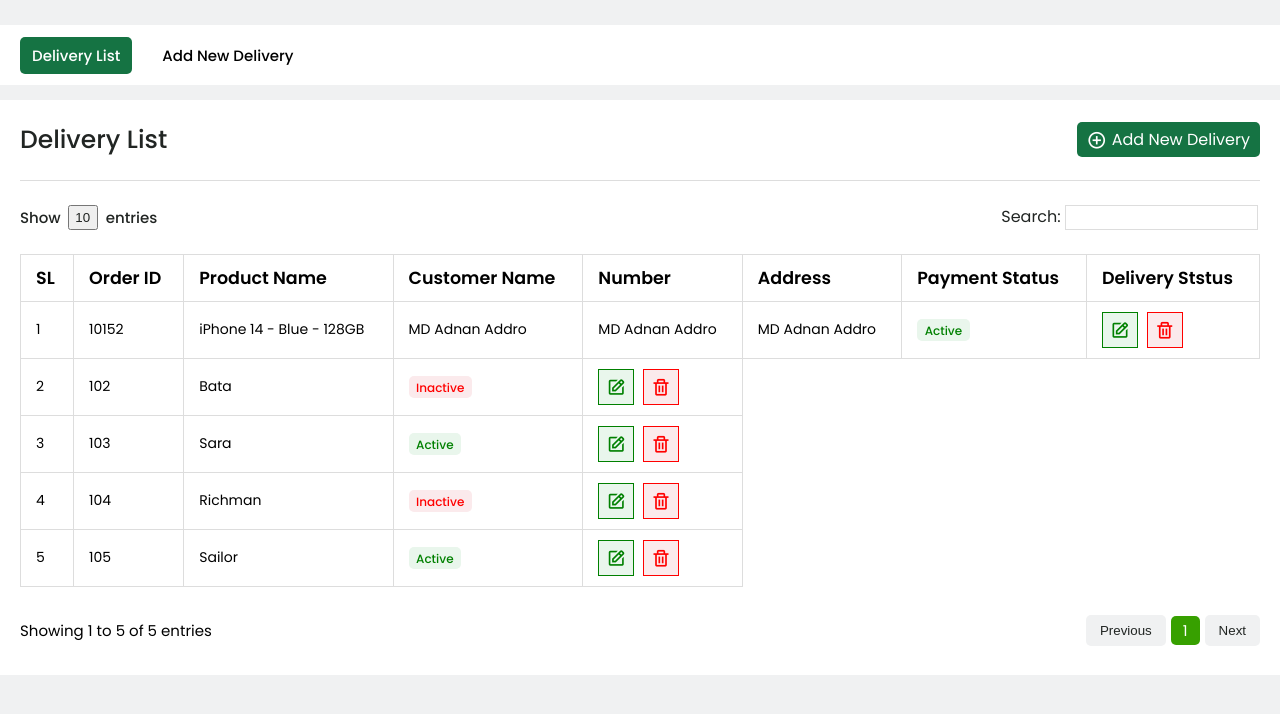
Repository: codebyaddro/delivery-page
Page: delivery.html
The author's editor kept a copy of each file at every save. The page is drawn from the files as they stood at one save, then again after a run of saves.
The browser window is 1280 px wide. The pictures show the whole page.

Above is the page before, as saved 2025-02-27 13:55:27.

### delivery.html
<!DOCTYPE html>
<html lang="en">
<head>
    <meta charset="UTF-8">
    <meta name="viewport" content="width=device-width, initial-scale=1.0">
    <link rel="stylesheet" href="/delivery.css">
    <link href='https://unpkg.com/boxicons@2.1.4/css/boxicons.min.css' rel='stylesheet'>
    <title>Document</title>
</head>
<body>
    <div class="brand-container">
        <div class="top-menus">
            <ul>
                <li><a href="/index.html" class="active-menu">Delivery List</a></li>
                <li><a href="/inner-page/html/anb.html" class="light-up">Add New Delivery</a></li>
            </ul>
        </div>
        <div class="list-container">
            <div class="heading-add-new-btn">
                <div class="heading">
                    <h2>Delivery List</h2>
                </div>
                <div class="add-new-btn">
                    <i class='add-icon bx bx-plus-circle'></i>
                    <a href="/inner-page/html/anb.html">Add New Delivery</a>
                </div>
            </div>
            <div class="list-short-dpdwn-search-box">
                <div class="list-short-dpdwn">
                    <h3>Show</h3>
                    <select name="10" id="">
                        <option value="">10</option>
                        <option value="">20</option>
                        <option value="">30</option>
                        <option value="">All</option>
                    </select>
                    <h3>entries</h3>
                </div>
                <div class="search-box">
                    <legend>Search: <input type="text"></legend>
                </div>
            </div>
            <div class="table-list">
                <table>
                    <thead>
                        <tr>
                            <th title="SL">SL</th>
                            <th title="Code">Order ID</th>
                            <th title="Code">Product Name</th>
                            <th title="Code">Customer Name</th>
                            <th title="Category Name">Number</th>
                            <th title="Category Name">Address</th>
                            <th title="Status">Payment Status</th>
                            <th title="Action">Delivery Ststus</th>
                        </tr>
                    </thead>
                    <tbody>
                        <tr>
                            <td>1</td>
                            <td>10152</td>
                            <td>iPhone 14 - Blue - 128GB</td>
                            <td>MD Adnan Addro</td>
                            <td>MD Adnan Addro</td>
                            <td>MD Adnan Addro</td>
                            <td><span class="active">Active</span></td>
                            <td>
                                <a title="Edit" href="#"><i class='edit-icon bx bx-edit'></i></a>
                                <a title="Delete" href="#"><i class='delete-icon bx bx-trash'></i></a>
                            </td>
                        </tr>
                        <tr>
                            <td>2</td>
                            <td>102</td>
                            <td>Bata</td>
                            <td><span class="inactive">Inactive</span></td>
                            <td>
                                <a title="Edit" href="#"><i class='edit-icon bx bx-edit'></i></a>
                                <a title="Delete" href="#"><i class='delete-icon bx bx-trash'></i></a>
                            </td>
                        </tr>
                        <tr>
                            <td>3</td>
                            <td>103</td>
                            <td>Sara</td>
                            <td><span class="active">Active</span></td>
                            <td>
                                <a title="Edit" href="#"><i class='edit-icon bx bx-edit'></i></a>
                                <a title="Delete" href="#"><i class='delete-icon bx bx-trash'></i></a>
                            </td>
                        </tr>
                        <tr>
                            <td>4</td>
                            <td>104</td>
                            <td>Richman</td>
                            <td><span class="inactive">Inactive</span></td>
                            <td>
                                <a title="Edit" href="#"><i class='edit-icon bx bx-edit'></i></a>
                                <a title="Delete" href="#"><i class='delete-icon bx bx-trash'></i></a>
                            </td>
                        </tr>
                        <tr>
                            <td>5</td>
                            <td>105</td>
                            <td>Sailor</td>
                            <td><span class="active">Active</span></td>
                            <td>
                                <a title="Edit" href="#"><i class='edit-icon bx bx-edit'></i></a>
                                <a title="Delete" href="#"><i class='delete-icon bx bx-trash'></i></a>
                            </td>
                        </tr>
                    </tbody>
                </table>
            </div>
            <div class="entries-details-list-page-btn">
                <div class="entries-details">
                    Showing <span>1</span> to <span>5</span> of <span>5</span> entries
                </div>
                <div class="list-page-btn">
                    <button>Previous</button>
                    <h4><span>1</span></h4>
                    <button>Next</button>
                </div>
            </div>
        </div>
    </div>
</body>
</html>

### delivery.css
/* -- fonts -- */
@import url('https://fonts.googleapis.com/css2?family=Poppins:ital,wght@0,100;0,200;0,300;0,400;0,500;0,600;0,700;0,800;0,900;1,100;1,200;1,300;1,400;1,500;1,600;1,700;1,800;1,900&family=Raleway:ital,wght@0,100..900;1,100..900&family=Roboto:ital,wght@0,100;0,300;0,400;0,500;0,700;0,900;1,100;1,300;1,400;1,500;1,700;1,900&family=VT323&display=swap');

/* -- root -- */

:root {
    --gray-white: #F0F1F2;
    --white: #FFFFFF;
    --black: #000000;
    --gray-black: #DDDDDD;
    --light-black: #212523;
    --light-black-op: #21252350;
    --main-green: #157343;
    --main-light: #37A000;
    --light-orange: #FD7E14;
    --green: #008000;
    --light-green: #e9f6ec;
    --red: #FF0000;
    --light-red: #fbeaec;
}

/* ---------- */

* {
    box-sizing: border-box;
}

body {
    margin: 0;
    padding: 0;
    font-family: "Poppins", serif;
    background-color: var(--gray-white);
}

::selection {
    color: var(--white);
    background-color: var(--main-light);
}

/* -- category container style -- */

.brand-container {
    width: 100%;
    margin-top: 25px;
}

/* -- top menus style--  */

.top-menus {
    background-color: var(--white);
    display: flex;
    justify-content: left;
    align-items: center;
    height: 60px;
    margin-bottom: 15px;
}

.top-menus ul {
    list-style-type: none;
    display: flex;
    gap: 30px;
    margin-left: -20px;
}

.top-menus ul li a {
    text-decoration: none;
    color: var(--black);
    font-size: 15px;
    font-weight: 500;
}

/* -- active menu style -- */

.active-menu {
    color: var(--white)!important;
    background-color: var(--main-green);
    padding: 8px 12px;
    border-radius: 5px;
}

/* -- menu hover style -- */

.light-up:hover {
    color: var(--light-orange);
}

/* -- list container style -- */

.list-container {
    background-color: var(--white);
    padding: 0px 20px;
}

/* -- heading-add-new-btn style -- */

.heading-add-new-btn {
    display: flex;
    justify-content: space-between;
    align-items: center;
    border-bottom: 1px solid var(--gray-black) ;
}

.heading h2 {
    color: var(--light-black);
    font-size: 25px;
    font-weight: 500;
}

/* -- add-new-btn style -- */

.add-new-btn {
    display: flex;
    gap: 5px;
    justify-content: baseline;
    align-items: center;
}

.add-new-btn {
    background-color: var(--main-green);
    padding: 5px 10px;
    border-radius: 5px;
}

.add-new-btn a {
    color: var(--white);
    text-decoration: none;
}

.add-icon {
    color: var(--white);
    font-size: 20px;
}

/* -- list-short-dpdwn-search-box style -- */

.list-short-dpdwn-search-box {
    display: flex;
    justify-content: space-between;
    align-items: center;
    padding: 10px 0px;
}

/* -- list-short-dpdwn style -- */

.list-short-dpdwn {
    display: flex;
    gap: 7.5px;
    align-items: center;
}

.list-short-dpdwn h3 {
    color: var(--light-black);
    font-size: 15px;
    font-weight: 500;
}

.list-short-dpdwn select {
    color: var(--light-black);
    appearance: none;
    height: 25px;
    width: 30px;
    padding-left: 6px;
    outline: none;
    border-radius: 2.5px;
}

/* -- search-box style -- */

.search-box {
    display: flex;
    align-items: center;
}

.search-box legend {
    color: var(--light-black);
}

.search-box input {
    outline: none;
    height: 25px;
    width: 193px;
    border: 1px solid var(--gray-black);
}

/* -- table-list style --*/

table {
    border-collapse: collapse;
    width: 100%;
}

/* -- thead style -- */

thead {
    cursor: pointer;
}

th, td {
    border: 1px solid var(--gray-black);
    padding: 10px 15px;
}

thead tr th {
    font-size: 17.5px;
    font-weight: 600;
    text-align: left;
}

tbody tr td {
    font-size: 14px;
}

tbody tr:hover {
    background-color: var(--gray-white);
}

/* -- tbody style -- */

/* status style */

.active {
    color: var(--green);
    background-color: var(--light-green);
    font-size: 12px;
    font-weight: 500;
    padding: 2.5px 7.5px;
    border-radius: 5px;
}

.inactive {
    color: var(--red);
    background-color: var(--light-red);
    font-size: 12px;
    font-weight: 500;
    padding: 2.5px 7.5px;
    border-radius: 5px;
}

/* -- action style -- */

.edit-icon {
    color: var(--green);
    background-color: var(--light-green);
    padding: 7px 7px;
    margin-right: 2.5px;
    border: 1px solid var(--green);
    font-size: 20px;
}

.edit-icon:hover {
    background-color: var(--light-black-op);
}

.delete-icon {
    color: var(--red);
    background-color: var(--light-red);
    padding: 7px 7px;
    margin-left: 2.5px;
    border: 1px solid var(--red);
    font-size: 20px;
}

.delete-icon:hover {
    background-color: var(--light-black-op);
}

/* -- entries-details-list-page-btn style -- */

.entries-details-list-page-btn {
    display: flex;
    justify-content: space-between;
    align-items: center;
    padding: 10px 0px;
}

.entries-details {
    color: var(--black);
    font-size: 15px;
}

.list-page-btn {
    display: flex;
    gap: 5px;
    align-items: center;
}

.list-page-btn button {
    color: var(--light-black);
    background-color: var(--gray-white);
    padding: 8px 14px;
    border: none;
    border-radius: 5px;
    cursor: pointer;
}

.list-page-btn h4 {
    color: var(--white);
    background-color: var(--main-light);
    font-size: 15px;
    font-weight: 400;
    padding: 3px 12px;
    border-radius: 5px;
}

After the next 11 saves:
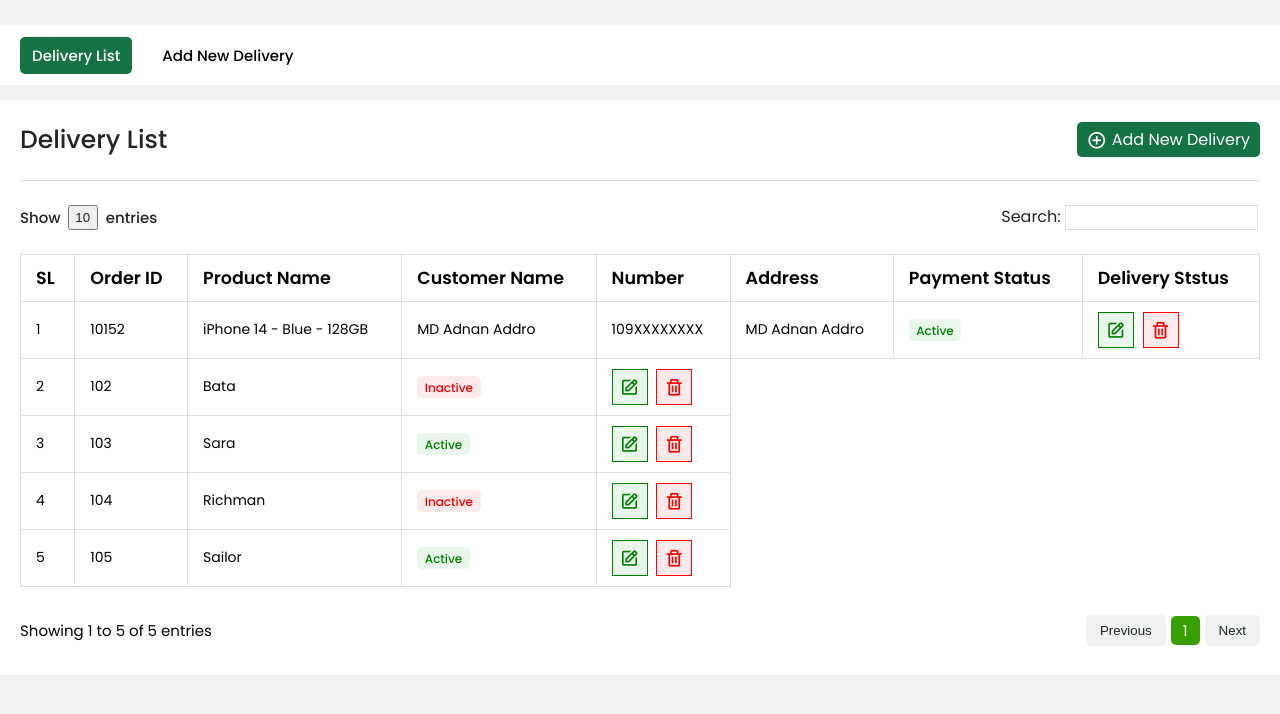
The 11 saves are shown as one change because they came seconds apart.
The last was saved 21 s later.
--- a/delivery.html
+++ b/delivery.html
@@ -60,7 +60,7 @@
                             <td>10152</td>
                             <td>iPhone 14 - Blue - 128GB</td>
                             <td>MD Adnan Addro</td>
-                            <td>MD Adnan Addro</td>
+                            <td>109XXXXXXXX</td>
                             <td>MD Adnan Addro</td>
                             <td><span class="active">Active</span></td>
                             <td>
